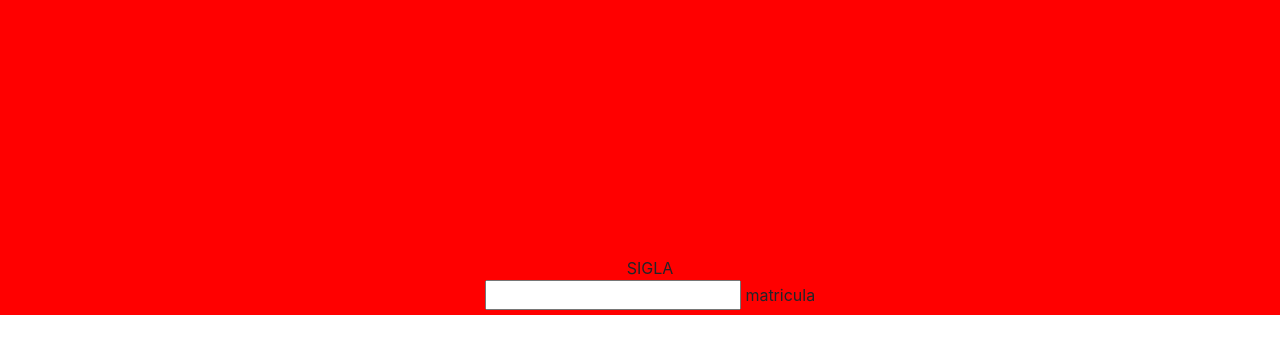
Repository: Melancia06/agenda
Page: index.html
These files come from the project's save history. The page is drawn as it stood at one moment and after a run of saves; the edit follows.
The browser window is 1280 px wide. The pictures show the whole page.

Above is the page before, as saved 2024-08-08 09:19:39.

After the next 5 saves:
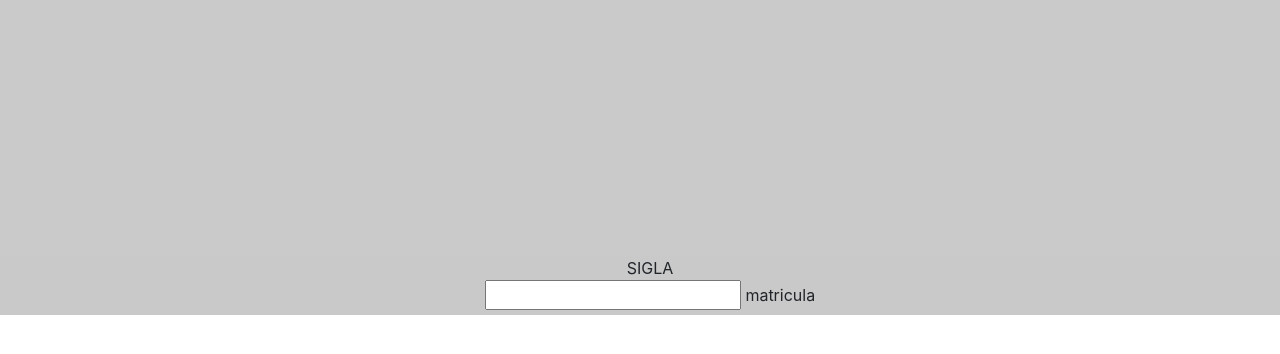
The 5 saves are shown as one change because they came seconds apart.
The last was saved 17 s later.
--- a/css/css.css
+++ b/css/css.css
@@ -1,6 +1,6 @@
 .marca{
     text-align: center;
-   background-color:rgba(255, 0, 0);
+   background-color:rgba(78, 78, 78, 0.3);
    padding-left: 20px;
    padding-top: 20%;
 
